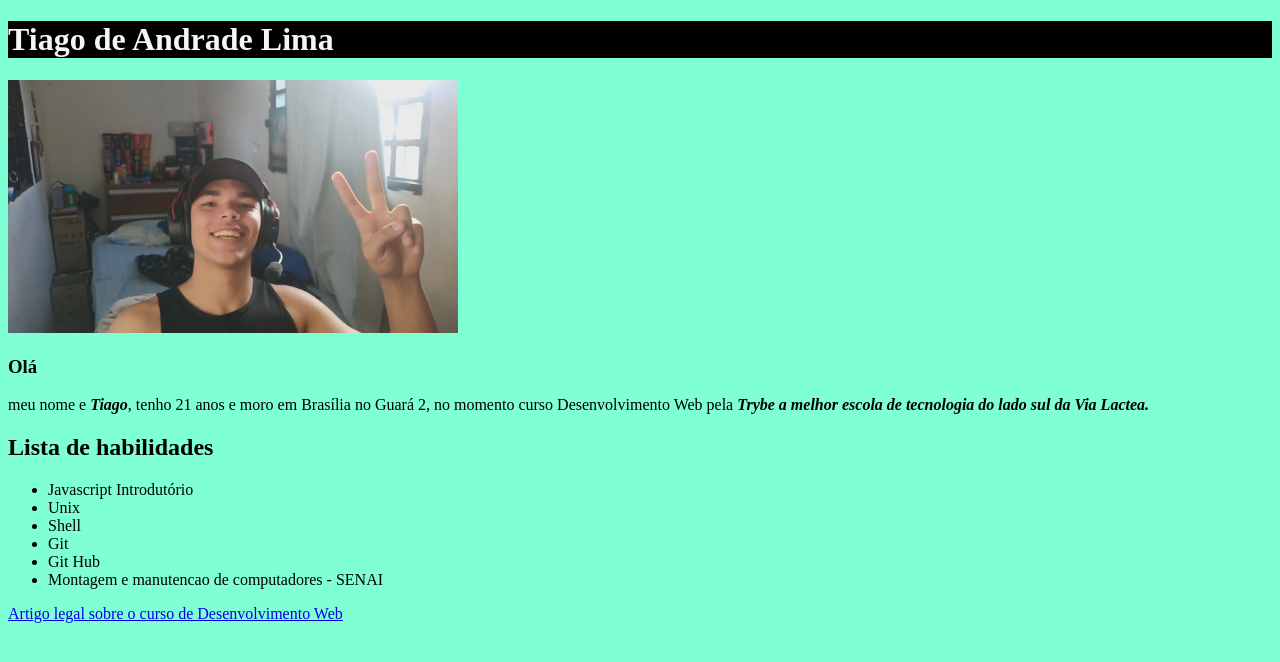
Repository: Batatiago/Batatiago.github.io
Page: index.html
These files come from the project's save history. The page is drawn as it stood at one moment and after the next save; the edit follows.
The browser window is 1280 px wide. The pictures show the whole page.

Above is the page before, as saved 2023-06-28 23:15:25.

### index.html
<!DOCTYPE html>
<html lang="pt-br">

<head>
  <meta charset="UTF-8">
  <title>Tiago de Andrade Lima</title>
  <link rel="stylesheet" href="style.css">
</head>

<body>
  <h1 class="meuNome"> Tiago de Andrade Lima</h1>
  <img src="2023-06-23-160707.jpg" alt="Imagem de Tiago" id="foto" width="450px">
  <h3>Olá</h3>
  <p class="descricao"> meu nome e <strong><em>Tiago</em></strong>, tenho 21 anos e moro em Brasília no Guará 2, no momento curso Desenvolvimento
    Web pela <strong><em>Trybe a melhor escola de tecnologia do lado sul da Via Lactea.</em></strong></p>
  <h2>Lista de habilidades</h2>
  <ul>
    <li class="javascript">Javascript Introdutório</li>
    <li class="unix">Unix</li>
    <li class="shell">Shell</li>
    <li class="git">Git</li>
    <li class="gitHub">Git Hub</li>
    <li>Montagem e manutencao de computadores - SENAI</li>
  </ul>
  <a href="https://blog.betrybe.com/carreira/frontend/" target="_blank">Artigo legal sobre o curso de Desenvolvimento
    Web</a>
</body>

</html>

### style.css
*{
   background-color: aquamarine;
}

.meuNome{
    background-color: black;
    color: whitesmoke;
}

After the next save:
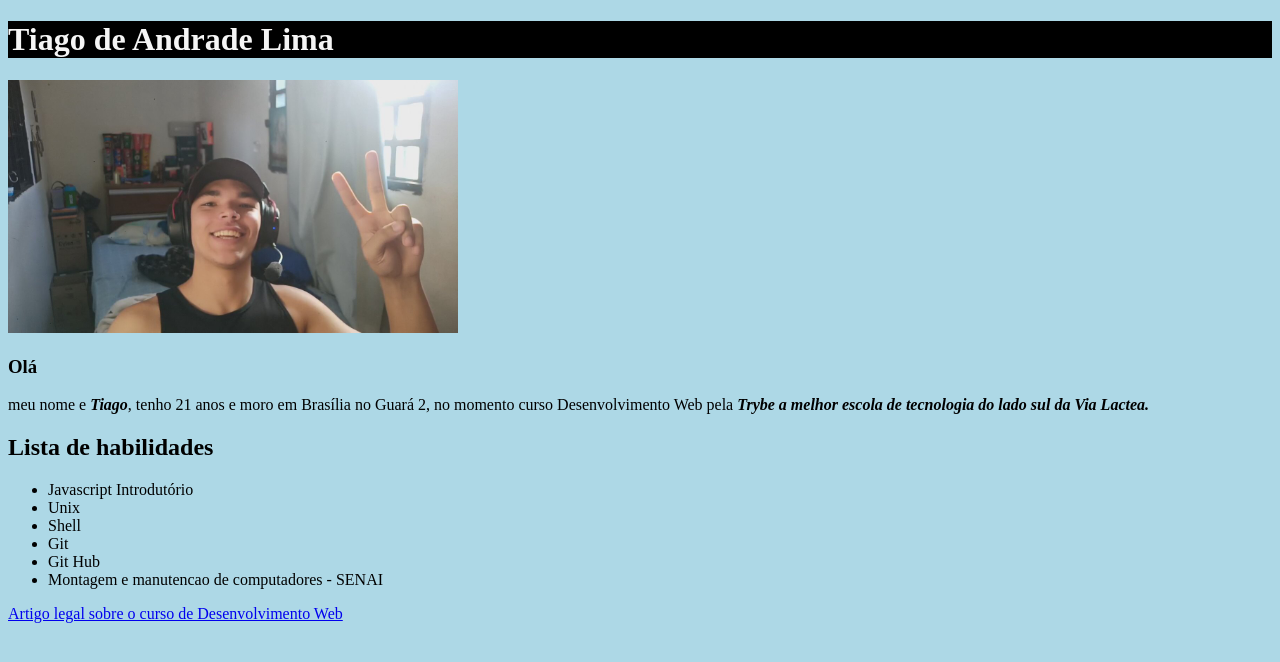
Saved 26 s later.
--- a/style.css
+++ b/style.css
@@ -1,5 +1,5 @@
 *{
-   background-color: aquamarine;
+   background-color: lightblue;
 }
 
 .meuNome{
